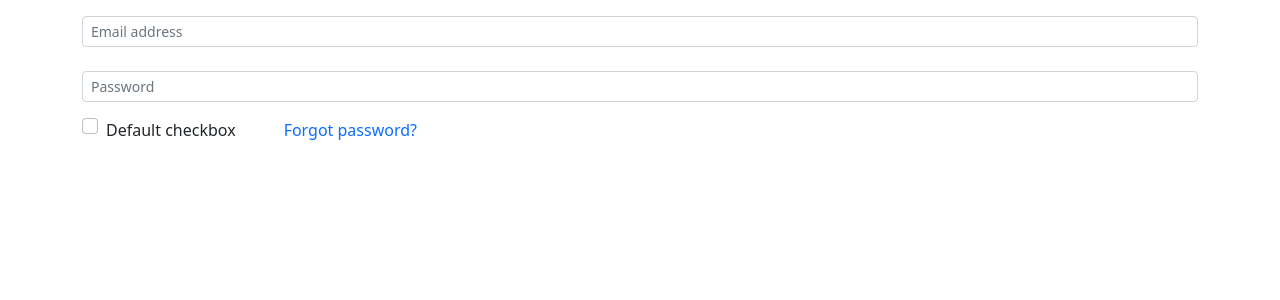
Repository: NPhanA/React2022
Page: / (app in Day 03-React/exercise/)
An editor plug-in stored every save of this project. The page is shown before and after the next save, followed by the edit.
The browser window is 1280 px wide. The pictures show the whole page.
The project was rebuilt for these pictures with package versions that can differ from the ones it lists, and the page was loaded fresh each time. Also part of the build but not shown: Day 03-React/exercise/src/App.css, Day 03-React/exercise/src/App.js, Day 03-React/exercise/src/Components/UserAgent.js, Day 03-React/exercise/src/Components/ProfileCard.js.

Above is the page before, as saved 2022-07-26 17:30:03.

After the next save:
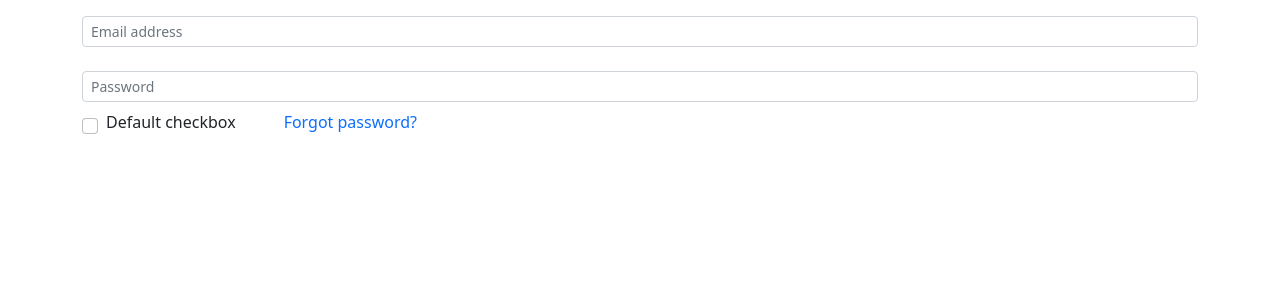
Saved 5 s later.
--- a/Day 03-React/exercise/src/Components/SignInForm.js
+++ b/Day 03-React/exercise/src/Components/SignInForm.js
@@ -11,7 +11,7 @@ function SignInForm() {
                 <form className="form-inline">
                 <div class="form-check">
                 <input className="form-check-input mt-3" type="checkbox" value="" id="flexCheckDefault"></input>
-                    <label class="form-check-label mt-3" for="flexCheckDefault">
+                    <label class="form-check-label mt-2" for="flexCheckDefault">
                      Default checkbox
                 </label>
                 <span className="text-primary ms-5">Forgot password?</span>
